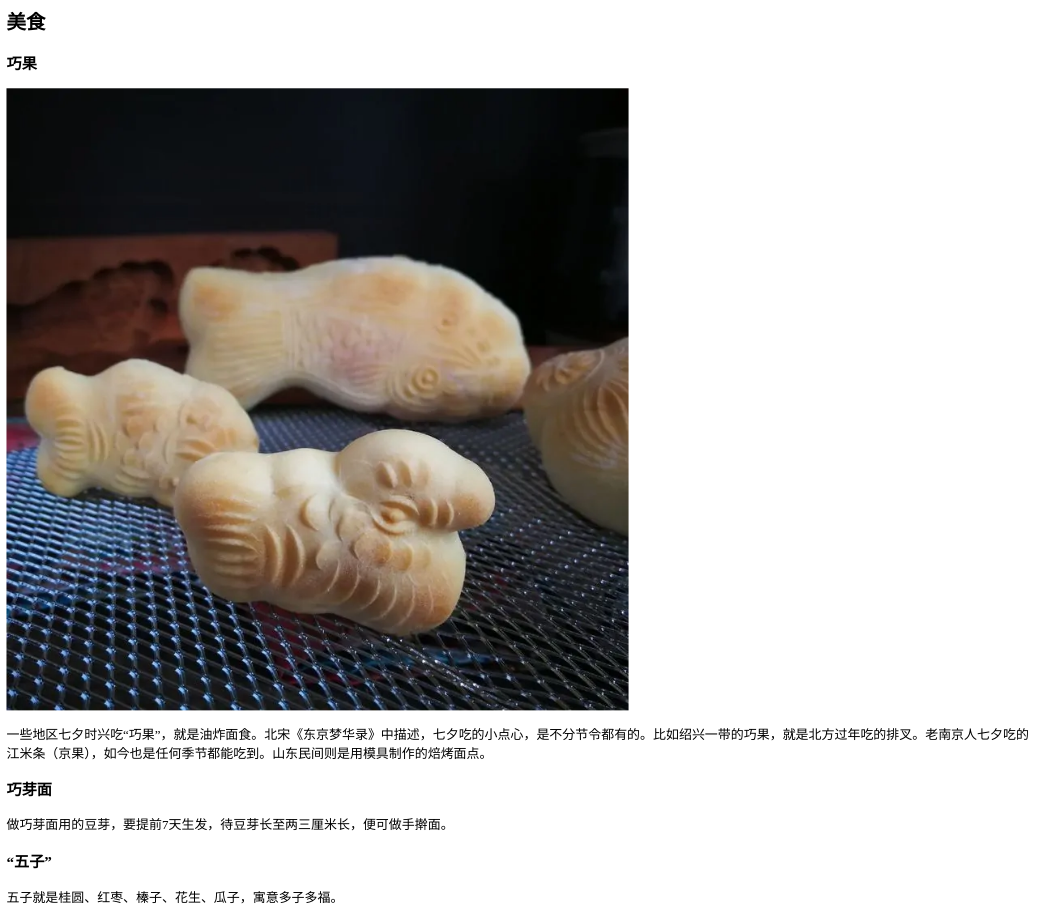
Repository: XueJie1/computer-operation-basics
Page: pages/qixifes/cuisine.html
The author's editor kept a copy of each file at every save. The page is drawn from the files as they stood at one save, then again after the next save.
The browser window is 1280 px wide. The pictures show the whole page, at 81% of full size.

Above is the page before, as saved 2023-09-12 22:30:41.

After the next save:
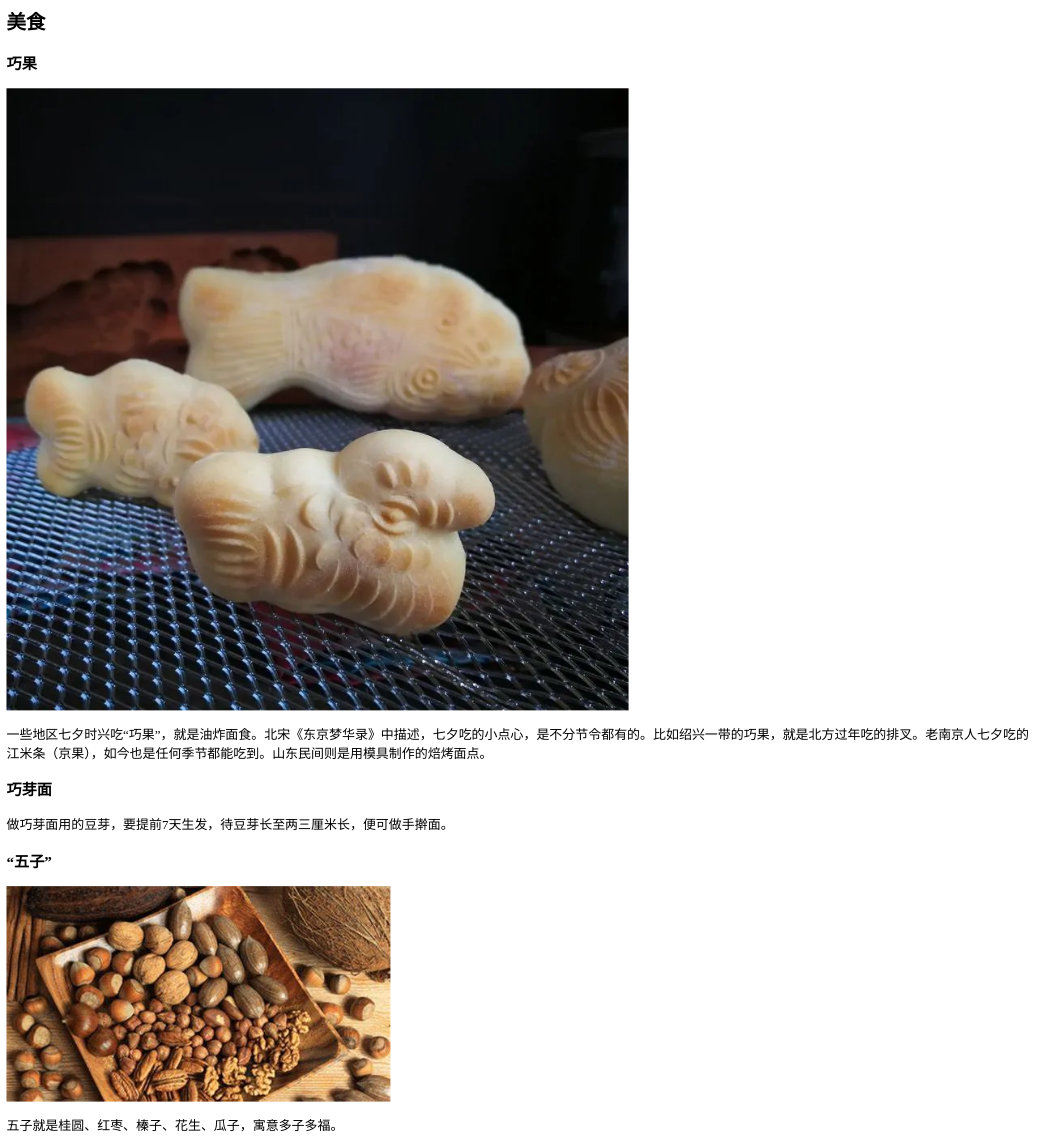
Saved 56 s later.
--- a/pages/qixifes/cuisine.html
+++ b/pages/qixifes/cuisine.html
@@ -8,4 +8,7 @@
 <h3>巧芽面</h3>
 <p>做巧芽面用的豆芽，要提前7天生发，待豆芽长至两三厘米长，便可做手擀面。</p>
 <h3>“五子”</h3>
+<div class="img">
+    <img src="../../img/five_nuts.jpg">
+</div>
 <p>五子就是桂圆、红枣、榛子、花生、瓜子，寓意多子多福。</p>
